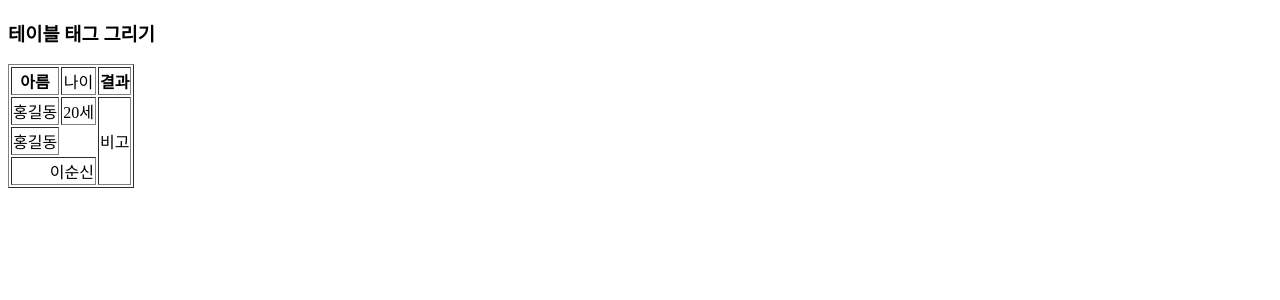
Repository: YeonHaw/jsp
Page: JSPBasic/src/main/webapp/HTML/Index03.html
These files come from the project's save history. The page is drawn as it stood at one moment and after the next save; the edit follows.
The browser window is 1280 px wide. The pictures show the whole page.

Above is the page before, as saved 2023-12-27 05:37:37.

### JSPBasic/src/main/webapp/HTML/Index03.html
<!DOCTYPE html>
<html>
<head>
<meta charset="UTF-8">
<title>Insert title here</title>
</head>
<body>

	<h3>테이블 태그 그리기</h3>

	<table border="1" style="text-align: center;">
		<tr>
			<th>아름</th>
			<td>나이</td>
			<th>결과</th>
		</tr>
		<tr>
			<td>홍길동</td>
			<td >20세</td>
			<td rowspan="3">비고</td>
		</tr>
		<tr>
			<td>홍길동</td>
		</tr>
		<tr>
			<td colspan="2"style="text-align: right;">이순신</td>
		</tr>
	</table>
</body>
</html>

After the next save:
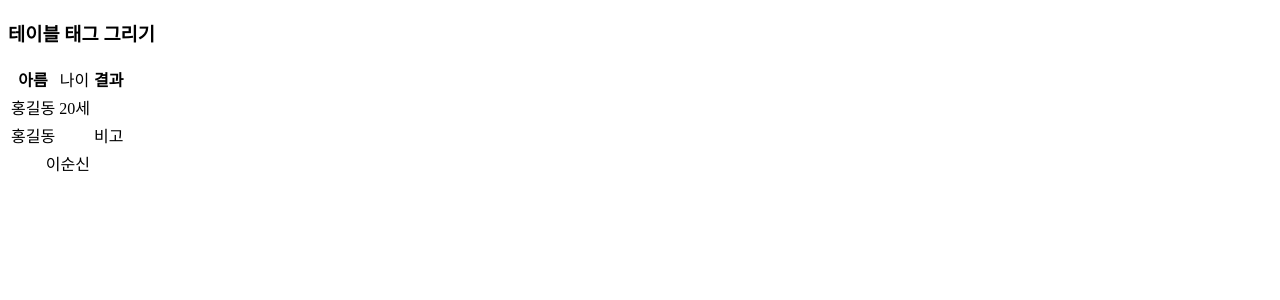
Saved 2 min 49 s later.
--- a/JSPBasic/src/main/webapp/HTML/Index03.html
+++ b/JSPBasic/src/main/webapp/HTML/Index03.html
@@ -8,7 +8,7 @@
 
 	<h3>테이블 태그 그리기</h3>
 
-	<table border="1" style="text-align: center;">
+	<table border-collapse: collapse; style="text-align: center;">
 		<tr>
 			<th>아름</th>
 			<td>나이</td>
